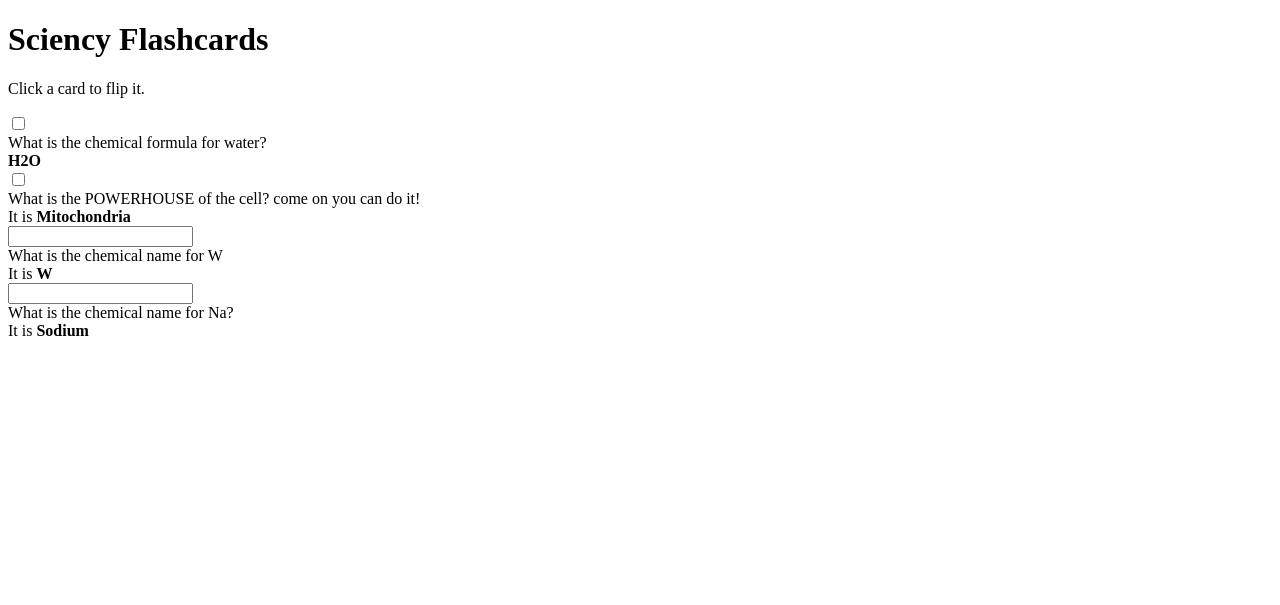
Repository: manayparikh1/ScienceFlashcards
Page: index.html
These files come from the project's save history. The page is drawn as it stood at one moment and after the next save; the edit follows.
The browser window is 1280 px wide. The pictures show the whole page.
Some web fonts or font styles are not loaded; a fallback is used.

Above is the page before, as saved 2026-10-22 21:13:23.

### index.html
<!DOCTYPE html>
<html lang="en">

<head>
    <meta charset="utf-8">
    <meta name="viewport" content="width=device-width, initial-scale=1.0">
    <title>Sciency Flashcards</title>
    <link href="https://fonts.googleapis.com/css2?family=Comic+Neue:wght@400;700&display=swap" rel="stylesheet">
</head>

<body>
    <!-- ==html will start here==-->

    <h1>Sciency Flashcards</h1>
    <p class="hint">Click a card to flip it.</p>

    <div class="cards">
        <label class="card">
            <input type="checkbox">
            <div class="inner">
                <div class="front">What is the chemical formula for water?</div>
                <div class="back"><strong>H2O</strong></div>
            </div>
        </label>

        <div class="cards">
            <label class="card">
                <input type="checkbox">
                <div class="inner">
                    <div class="front">What is the POWERHOUSE of the cell? come on you can do it!</div>
                    <div class="back">It is <strong>Mitochondria</strong></div>
                </div>
            </label>

            <div class="cards">
                <div class="card">
                    <input class="checkbox">
                    <div class="inner">
                        <div class="front">What is the chemical name for W</div>
                        <div class="back">It is <strong>W</strong></div>
                    </div>
                    </label>

                    <div class="cards">
                        <div class="card">
                            <input class="checkbox">
                            <div class="inner">
                                <div class="front">What is the chemical name for Na?</div>
                                <div class="back">It is <strong>Sodium</strong></div>

                            </div>
                            </label>





                        </div>
                    </div>
                </div>
            </div>

After the next save:
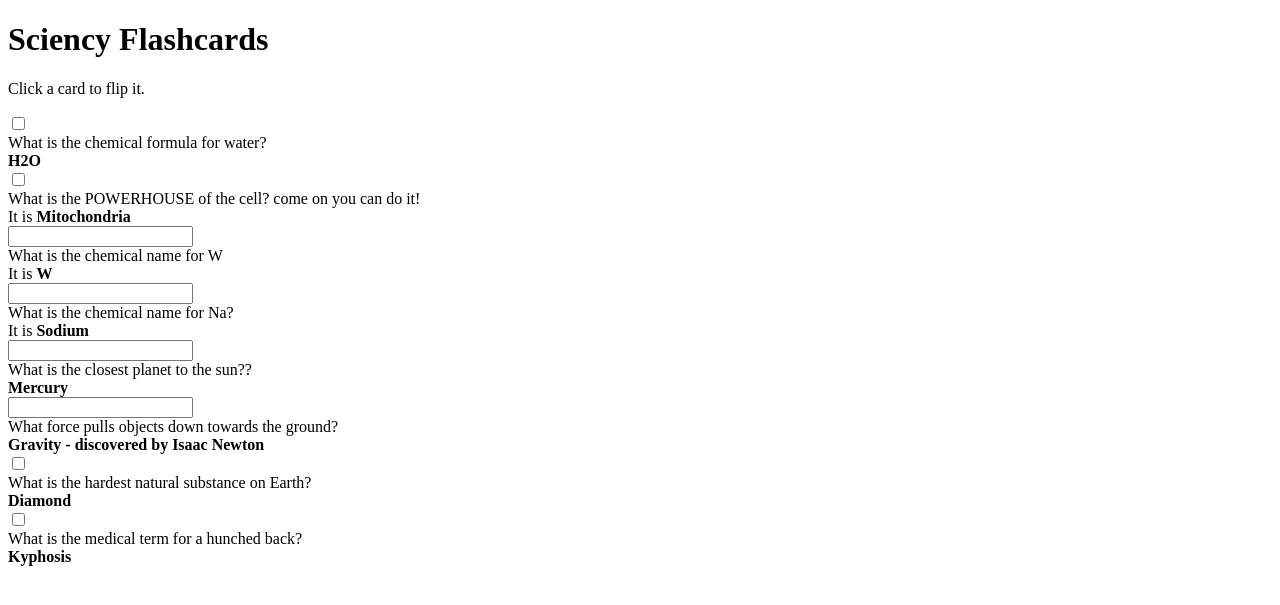
Saved 8 min 39 s later.
--- a/index.html
+++ b/index.html
@@ -50,12 +50,51 @@
 
                             </div>
                             </label>
+                            <div class="cards">
+                                <div class="card">
+                                    <input class="checkbox">
+                                    <div class="inner">
+                                        <div class="front">What is the closest planet to the sun??</div>
+                                        <div class="back"><strong>Mercury</strong></div>
+                                    </div>
+                                    </label>
+
+                                    <div class="cards">
+                                        <div class="card">
+                                            <input class="checkbox">
+                                            <div class="inner">
+                                                <div class="front">What force pulls objects down towards the ground?
+                                                </div>
+                                                <div class="back"><strong>Gravity - discovered by Isaac Newton</strong>
+                                                </div>
+                                            </div>
+                                            </label>
+
+                                            <div class="cards">
+                                                <label class="card">
+                                                    <input type="checkbox">
+                                                    <div class="inner">
+                                                        <div class="front">What is the hardest natural substance on
+                                                            Earth?</div>
+                                                        <div class="back"><strong>Diamond</strong></div>
+                                                    </div>
+                                                </label>
+
+                                                <div class="cards">
+                                                    <label class="card">
+                                                        <input type="checkbox">
+                                                        <div class="inner">
+                                                            <div class="front">What is the medical term for a hunched
+                                                                back?</div>
+                                                            <div class="back"><strong>Kyphosis</strong></div>
+                                                        </div>
+                                                    </label>
 
 
 
 
 
-                        </div>
-                    </div>
-                </div>
-            </div>
+
+
+
+                                                </div>
